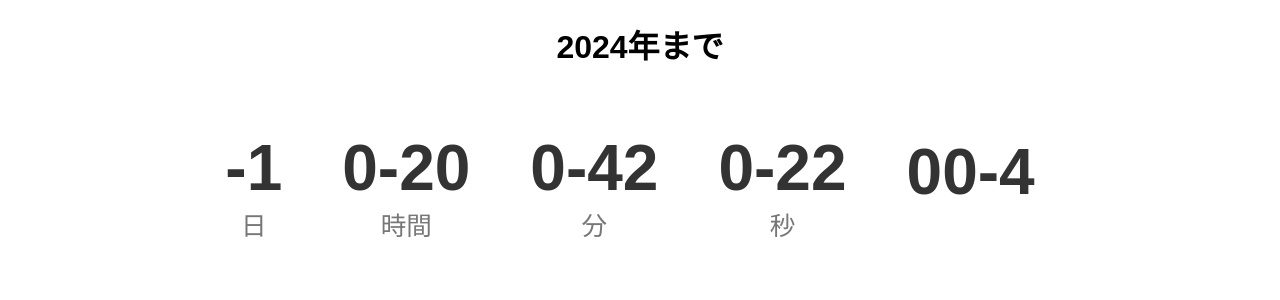
Repository: end888160/end888160.github.io
Page: countdown.ja.html
The author's editor kept a copy of each file at every save. The page is drawn from the files as they stood at one save, then again after the next save.
The browser window is 1280 px wide. The pictures show the whole page.

Above is the page before, as saved 2024-09-22 11:43:13.
Console error: ReferenceError: countdown is not defined

### countdown.ja.html
<!DOCTYPE html>
<html lang="en">
<head>
	<meta charset="UTF-8">
	<meta name="viewport" content="width=device-width, initial-scale=1.0">
	<meta name="description" content="Let's celebrate the New Year!">
	<title>カウントダウン</title>
	<style>
	.countdown {
		display: flex;
		justify-content: center;
		align-items: center;
		text-align: center;
		font-family: Arial, Helvetica, sans-serif;
		font-size: xx-large;
		margin-top: 5%;
		color: #333;
	}

	.countdown-item {
		margin: 0 10px;
		text-align: center;

	}

	.countdown-value {
		font-size: 2em;
		font-weight: bold;
		padding-left: 20px;
		padding-right: 20px;

	}

	.countdown-label {
		font-size: 0.8em;

		color: #777;
	}
	h1 {
		text-align: center;
		font-family: Arial, Helvetica, sans-serif;
		font-size: xx-large;

	}

	@media (prefers-color-scheme: light) {
		html {
			background-color: white;
			color: black;
		}
		h2 {
			color:white;
		}
	}
	@media (prefers-color-scheme: dark) {
		.countdown-item {
			color: #bbb
		}
		h2 {
			color:black;
		}
		html {
			background-color: black;
			color: white;
		}
	}
	@media only screen and (orientation: portrait) {
		.countdown {
			display: block;
		}
		.countdown-value {
			padding-top: 3px;

		}
		h1 {
			font-size: x-large;
		}
	}
	</style>
</head>
<body>
	<h1 id="header"></h1>
	<div class="countdown">
	<div class="countdown-item">
		<div class="countdown-value" id="days"></div>
		<div class="countdown-label">日</div>
	</div>
	<div class="countdown-item">
		<div class="countdown-value" id="hours"></div>
		<div class="countdown-label">時間</div>
	</div>
	<div class="countdown-item">
		<div class="countdown-value" id="minutes"></div>
		<div class="countdown-label">分</div>
	</div>
	<div class="countdown-item">
		<div class="countdown-value" id="seconds"></div>
		<div class="countdown-label">秒</div>
	</div>
	<div class="countdown-item">
		<div class="countdown-value" id="mseconds"></div>
		<div class="countdown-label"><br></div>
	</div>
	<div class="countdown-item">




	</div>
</div>

<script>

// Update the count down every 1 second]
if ( new Date().getMonth() + 1 === 1 )  {
    var IfMonth = true
} else {
	var IfMonth = "false"
}
if ( new Date().getDate() === 1 )  {
    var IfDate = true
} else {
	var IfMonth = "false"
}
if ( IfMonth === IfDate ) {
    var countDownTarget = new Date().getFullYear();
} else {
	var countDownTarget = new Date().getFullYear() + 1;
}


var x = setInterval(function countdown() {

	// Set the date we're counting down to
	var countDownDate = new Date("Jan 1, " + countDownTarget + " 00:00:00").getTime();
	var currentTimeZone = Intl.DateTimeFormat().resolvedOptions().timeZone

	// Get today's date and time
	var now = new Date().getTime();

	// Find the distance between now and the count down date
	var distance = countDownDate - now;

	// Time calculations for days, hours, minutes and seconds
	var days = Math.floor(distance / (1000 * 60 * 60 * 24));
	var hours = Math.floor((distance % (1000 * 60 * 60 * 24)) / (1000 * 60 * 60));
	var hour = hours < 10 ? "0" + hours : hours;
	var minutes = Math.floor((distance % (1000 * 60 * 60)) / (1000 * 60));
	var minute = minutes < 10 ? "0" + minutes : minutes;
	var seconds = Math.floor((distance % (1000 * 60)) / 1000);
	var second = seconds < 10 ? "0" + seconds : seconds;
	var mseconds = Math.floor(distance % 1000);
	var msecond = mseconds < 10 ? "0" + "0" + mseconds : mseconds < 100 ? "0" + mseconds : mseconds;

	// Display the result in the element with id="countdown"
	document.getElementById("days").innerHTML = days;
	document.getElementById("hours").innerHTML = hour;
	document.getElementById("minutes").innerHTML = minute;
	document.getElementById("seconds").innerHTML = second;
	document.getElementById("mseconds").innerHTML = msecond;
	document.getElementById("header").innerHTML = countDownTarget + "年まで"


	// If the count down is finished, write some text
	if (distance < 0) {
		clearInterval(x);
		document.getElementById("countdown").innerHTML = "HAPPY NEW YEAR!";
	}
	setTimeout(countdown, 1);
}, 0);
document.title = "Countdown to " + countDownTarget;
countdown()
</script>
</body>
</html>

After the next save:
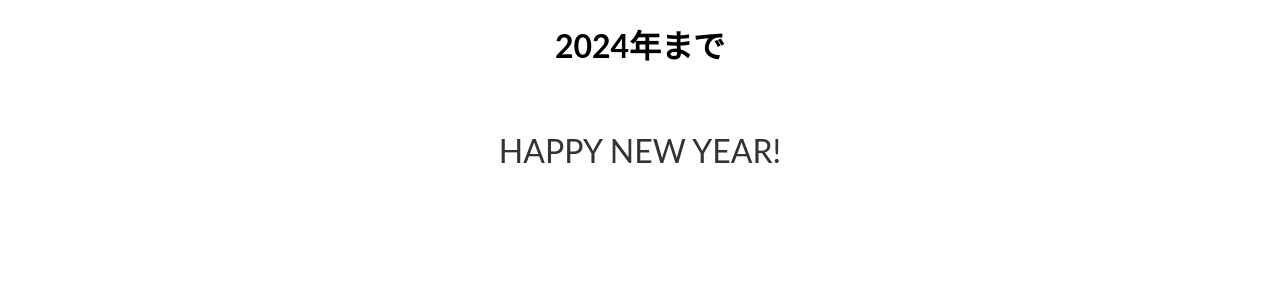
Console error: TypeError: countdown is not a function
Saved 8 min 27 s later.
--- a/countdown.ja.html
+++ b/countdown.ja.html
@@ -1,25 +1,31 @@
+
 <!DOCTYPE html>
 <html lang="en">
 <head>
 	<meta charset="UTF-8">
 	<meta name="viewport" content="width=device-width, initial-scale=1.0">
 	<meta name="description" content="Let's celebrate the New Year!">
-	<title>カウントダウン</title>
+	<title>Countdown</title>
 	<style>
-	.countdown {
+	#countdown {
 		display: flex;
 		justify-content: center;
-		align-items: center;
-		text-align: center;
-		font-family: Arial, Helvetica, sans-serif;
+		font-family:"Lato","Noto Sans JP","ヒラギノ角ゴ ProN","Hiragino Kaku Gothic ProN","メイリオ",Meiryo,"ＭＳ Ｐゴシック","MS PGothic",sans-serif;
 		font-size: xx-large;
 		margin-top: 5%;
 		color: #333;
+		border-color: white;
+
+
+	}
+	.counttdown-table {
+		display: table;
 	}
 
 	.countdown-item {
 		margin: 0 10px;
 		text-align: center;
+		display: table-cell;
 
 	}
 
@@ -33,12 +39,12 @@
 
 	.countdown-label {
 		font-size: 0.8em;
-
+		text-align: center;
 		color: #777;
 	}
 	h1 {
 		text-align: center;
-		font-family: Arial, Helvetica, sans-serif;
+		font-family: "Lato","Noto Sans JP","ヒラギノ角ゴ ProN","Hiragino Kaku Gothic ProN","メイリオ",Meiryo,"ＭＳ Ｐゴシック","MS PGothic",sans-serif;
 		font-size: xx-large;
 
 	}
@@ -66,10 +72,19 @@
 	}
 	@media only screen and (orientation: portrait) {
 		.countdown {
-			display: block;
+			display: table-row-group;
+		}
+		.countdown-item {
+			display: table-row;
+		}
+		.countdown-label {
+			display: table-cell;
+			text-align: left;
 		}
 		.countdown-value {
-			padding-top: 3px;
+			display: table-cell;
+			padding-top: 15px;
+			text-align: right;
 
 		}
 		h1 {
@@ -78,35 +93,37 @@
 	}
 	</style>
 </head>
+
 <body>
-	<h1 id="header"></h1>
-	<div class="countdown">
-	<div class="countdown-item">
-		<div class="countdown-value" id="days"></div>
+	<h1 id="header">NEW YEAR COUNTDOWN</h1>
+
+<div id="countdown">
+	<div id="countdown-table">
+	<div class="countdown-item">
+		<div class="countdown-value"><span id="days"></span></div>
 		<div class="countdown-label">日</div>
 	</div>
-	<div class="countdown-item">
-		<div class="countdown-value" id="hours"></div>
+
+	<div class="countdown-item">
+		<div class="countdown-value"><span id="hours"></span></div>
 		<div class="countdown-label">時間</div>
 	</div>
-	<div class="countdown-item">
-		<div class="countdown-value" id="minutes"></div>
+
+	<div class="countdown-item">
+		<div class="countdown-value"><span id="minutes"></span></div>
 		<div class="countdown-label">分</div>
 	</div>
-	<div class="countdown-item">
-		<div class="countdown-value" id="seconds"></div>
+
+	<div class="countdown-item">
+		<div class="countdown-value"><span id="seconds"></span></div>
 		<div class="countdown-label">秒</div>
 	</div>
-	<div class="countdown-item">
-		<div class="countdown-value" id="mseconds"></div>
+
+	<div class="countdown-item">
+		<div class="countdown-value"><span id="mseconds"></span></div>
 		<div class="countdown-label"><br></div>
 	</div>
-	<div class="countdown-item">
-
-
-
-
-	</div>
+</div>
 </div>
 
 <script>
@@ -134,6 +151,20 @@ var x = setInterval(function countdown() {
 	// Set the date we're counting down to
 	var countDownDate = new Date("Jan 1, " + countDownTarget + " 00:00:00").getTime();
 	var currentTimeZone = Intl.DateTimeFormat().resolvedOptions().timeZone
+	var offsetTimeZone = new Date().getTimezoneOffset();
+
+	if (offsetTimeZone > 0){
+    var offsetTimeZonem = offsetTimeZone - (Math.floor(offsetTimeZone / 60) * 60);
+    } else if (offsetTimeZone < 0){
+      var offsetTimeZonem = offsetTimeZone - (Math.ceil(offsetTimeZone / 60) * 60);
+    }
+
+    offsetTimeZone = (offsetTimeZone / 60) * (-1);
+    if (offsetTimeZone > 0){
+       var offsetTimeZone = "+" + offsetTimeZone;
+    } else if (offsetTimeZonem < 10){
+       var offsetTimeZonem = "0" + offsetTimeZonem;
+	}
 
 	// Get today's date and time
 	var now = new Date().getTime();
@@ -158,7 +189,7 @@ var x = setInterval(function countdown() {
 	document.getElementById("minutes").innerHTML = minute;
 	document.getElementById("seconds").innerHTML = second;
 	document.getElementById("mseconds").innerHTML = msecond;
-	document.getElementById("header").innerHTML = countDownTarget + "年まで"
+	document.getElementById("header").innerHTML =　countDownTarget + "年まで";
 
 
 	// If the count down is finished, write some text
